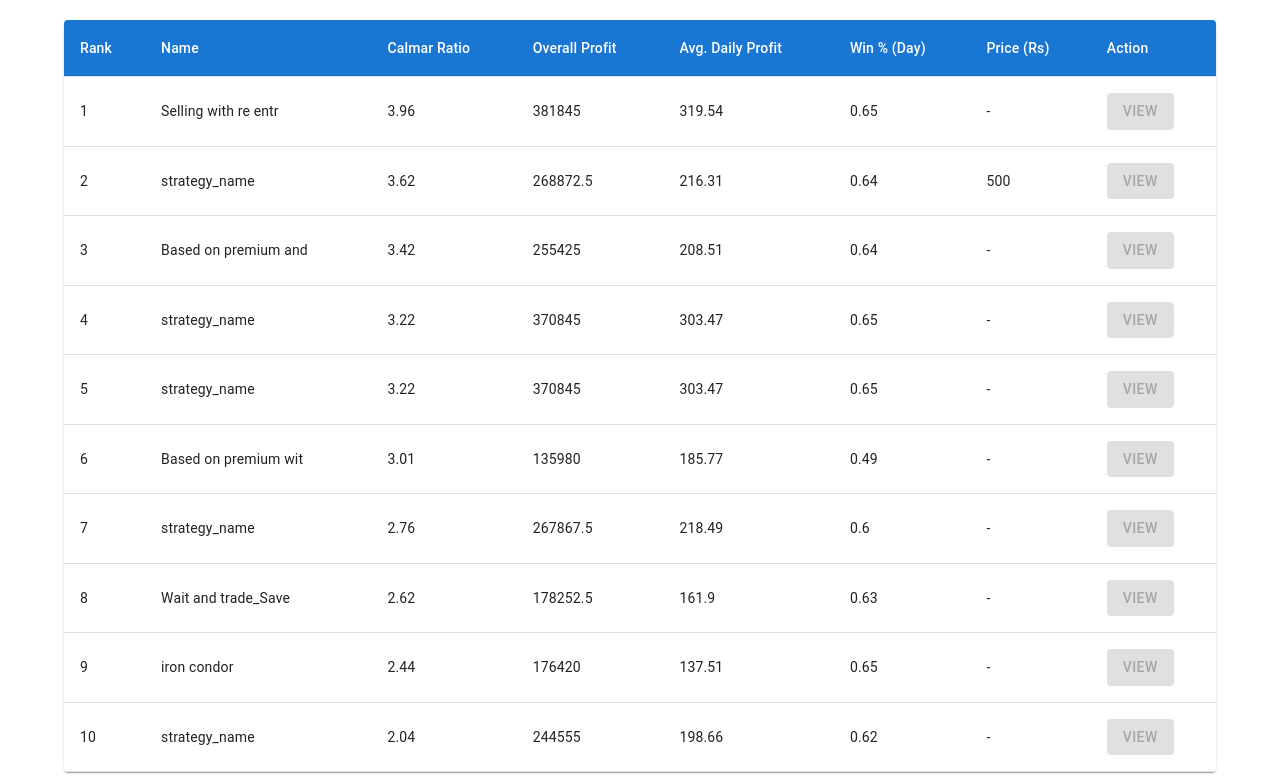
Repository: PraTEEkgUpTa2/Leaderboard
Page: /
An editor plug-in stored every save of this project. The page is shown before and after the next save, followed by the edit.
The browser window is 1280 px wide. The pictures show the whole page.
The project was rebuilt for these pictures with package versions that can differ from the ones it lists, and the page was loaded fresh each time. Also part of the build but not shown: src/App.css.

Above is the page before, as saved 2024-05-27 16:08:42.

After the next save:
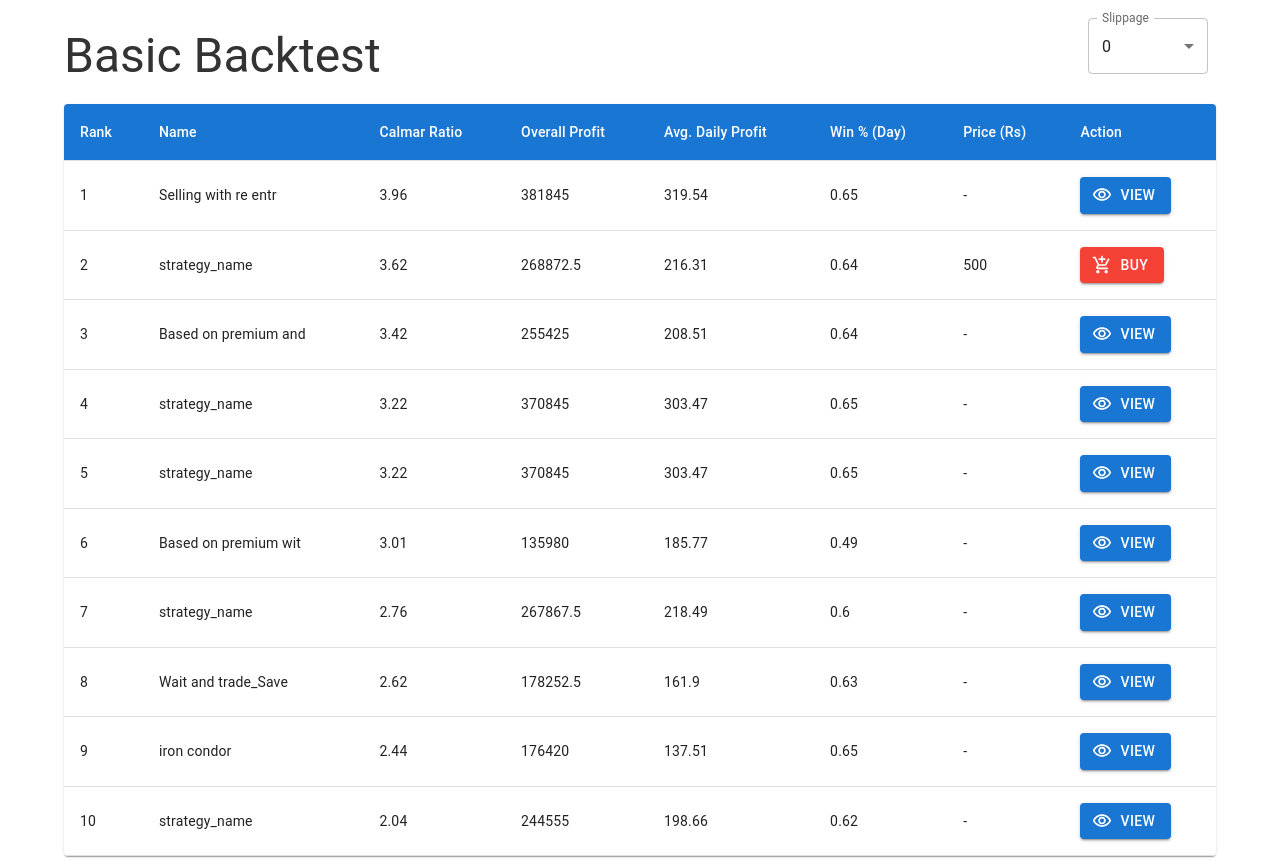
Saved 99 s later.
--- a/src/Leaderboard.js
+++ b/src/Leaderboard.js
@@ -1,29 +1,8 @@
-import React, { useState } from 'react';
+import React from 'react';
 import data from './data.json';
-import { Container, Table, TableBody, TableCell, TableContainer, TableHead, TableRow, Paper, Button, Typography, FormControl, InputLabel, Select, MenuItem, Box, Card } from '@mui/material';
+import { Container, Table, TableBody, TableCell, TableContainer, TableHead, TableRow, Paper, Button, Typography, FormControl, InputLabel, Select, MenuItem, Box } from '@mui/material';
+import { VisibilityOutlined, AddShoppingCartOutlined } from '@mui/icons-material';
 import { styled } from '@mui/system';
-import { Line } from 'react-chartjs-2';
-import {
-    Chart as ChartJS,
-    CategoryScale,
-    LinearScale,
-    PointElement,
-    LineElement,
-    Title,
-    Tooltip,
-    Legend,
-  } from 'chart.js'
-  import { Chart } from 'react-chartjs-2'
-
-  ChartJS.register(
-    CategoryScale,
-    LinearScale,
-    PointElement,
-    LineElement,
-    Title,
-    Tooltip,
-    Legend
-  )
 
 const StyledTableHead = styled(TableHead)(({ theme }) => ({
   backgroundColor: theme.palette.primary.main,
@@ -32,42 +11,58 @@ const StyledTableHead = styled(TableHead)(({ theme }) => ({
   },
 }));
 
+const ViewButton = styled(Button)(({ theme }) => ({
+  backgroundColor: theme.palette.primary.main,
+  color: theme.palette.common.white,
+  '&:hover': {
+    backgroundColor: theme.palette.primary.dark,
+  },
+  '& .MuiButton-startIcon': {
+    marginRight: theme.spacing(1),
+  },
+}));
+
+const BuyButton = styled(Button)(({ theme }) => ({
+  backgroundColor: theme.palette.error.main,
+  color: theme.palette.common.white,
+  '&:hover': {
+    backgroundColor: theme.palette.error.dark,
+  },
+  '& .MuiButton-startIcon': {
+    marginRight: theme.spacing(1),
+  },
+}));
+
 const HoverTableRow = styled(TableRow)(({ theme }) => ({
   transition: 'background-color 0.3s',
   '&:hover': {
     backgroundColor: theme.palette.action.hover,
-    zIndex: 1,
-    position: 'relative',
+    zIndex: 1, // Increase z-index when hovered
+    position: 'relative', // Add position: relative
   },
 }));
 
 const Leaderboard = () => {
-  const [selectedRow, setSelectedRow] = useState(null);
-
-  const handleRowClick = (rowData) => {
-    setSelectedRow(rowData);
-  };
-
-  const getChartData = () => {
-    if (!selectedRow) return null;
-
-    const labels = Object.keys(selectedRow).filter(key => key !== 'Rank' && key !== 'Name');
-    const dataValues = labels.map(label => selectedRow[label]);
-
-    return {
-      labels,
-      datasets: [{
-        label: selectedRow.Name,
-        data: dataValues,
-        fill: false,
-        borderColor: '#2196F3',
-        tension: 0.1,
-      }]
-    };
-  };
-
   return (
     <Container>
+      <Box display="flex" justifyContent="space-between" alignItems="center">
+        <Typography variant="h3" style={{ color: '#333', marginTop: '20px' }}>
+          Basic Backtest
+        </Typography>
+        <FormControl sx={{ m: 1, minWidth: 120 }}>
+          <InputLabel id="slippage-label">Slippage</InputLabel>
+          <Select
+            labelId="slippage-label"
+            id="slippage-select"
+            defaultValue={0}
+            label="Slippage"
+          >
+            <MenuItem value={0}>0</MenuItem>
+            <MenuItem value={0.5}>0.5</MenuItem>
+            <MenuItem value={1}>1</MenuItem>
+          </Select>
+        </FormControl>
+      </Box>
       <TableContainer component={Paper} style={{ marginTop: '20px' }}>
         <Table aria-label="leaderboard table">
           <StyledTableHead>
@@ -84,7 +79,7 @@ const Leaderboard = () => {
           </StyledTableHead>
           <TableBody>
             {data.map((row) => (
-              <HoverTableRow key={row.Rank} onClick={() => handleRowClick(row)}>
+              <HoverTableRow key={row.Rank}>
                 <TableCell>{row.Rank}</TableCell>
                 <TableCell>{row.Name}</TableCell>
                 <TableCell>{row["Calmar Ratio"]}</TableCell>
@@ -93,25 +88,21 @@ const Leaderboard = () => {
                 <TableCell>{row["Win %(Day)"]}</TableCell>
                 <TableCell>{row["Price (Rs)"] ? row["Price (Rs)"] : '-'}</TableCell>
                 <TableCell>
-                  <Button variant="contained" disabled>
-                    View
-                  </Button>
+                  {row.Action === 'View' ? (
+                    <ViewButton startIcon={<VisibilityOutlined />} variant="contained">
+                      View
+                    </ViewButton>
+                  ) : (
+                    <BuyButton startIcon={<AddShoppingCartOutlined />} variant="contained">
+                      Buy
+                    </BuyButton>
+                  )}
                 </TableCell>
               </HoverTableRow>
             ))}
           </TableBody>
         </Table>
       </TableContainer>
-      {selectedRow && (
-        <Box display="flex" justifyContent="center" alignItems="center" mt={4}>
-          <Card style={{ padding: '20px' }}>
-            <Typography variant="h6" gutterBottom>
-              {selectedRow.Name}
-            </Typography>
-            <Line data={getChartData()} />
-          </Card>
-        </Box>
-      )}
     </Container>
   );
 };
